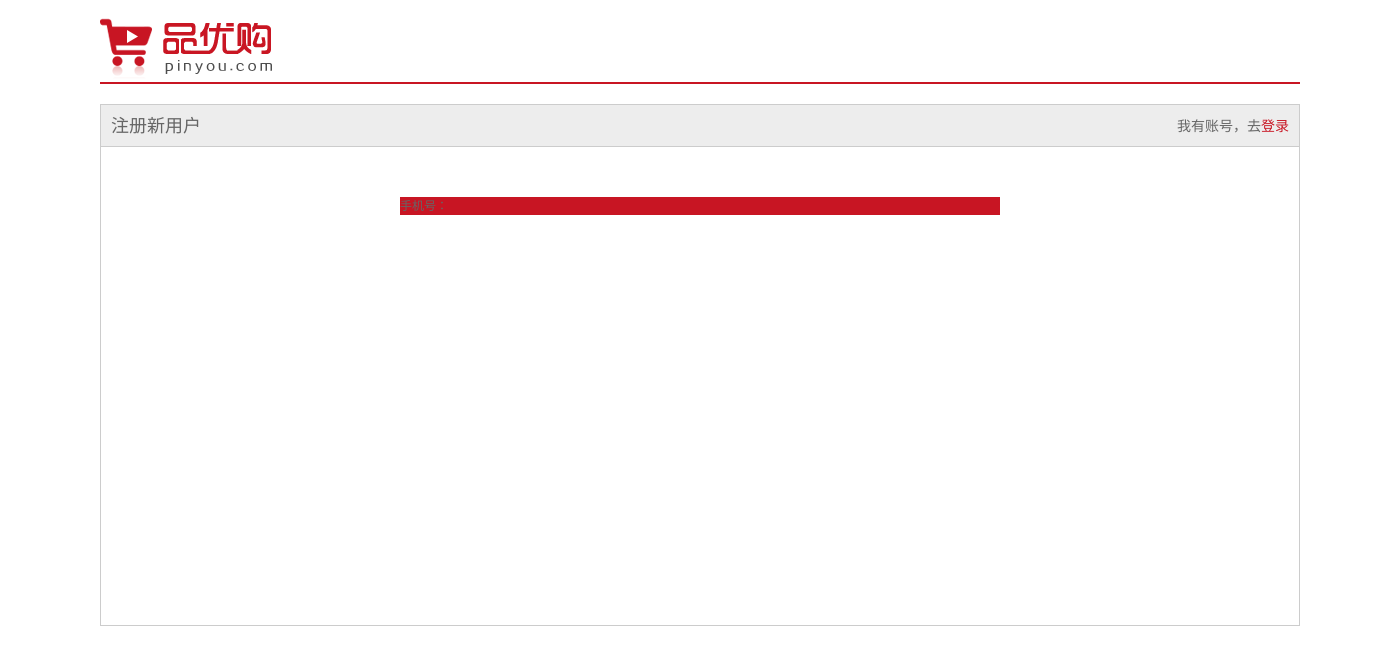
Repository: ywq0312/PinYouGou
Page: register.html
The author's editor kept a copy of each file at every save. The page is drawn from the files as they stood at one save, then again after the next save.
The browser window is 1280 px wide. The page is 1400 px wide, so the pictures cover 1400 px, including what lies to the right of the window. The pictures show the whole page.

Above is the page before, as saved 2021-06-28 13:35:40.

### register.html
<!DOCTYPE html>
<html lang="en">
<head>
    <meta charset="UTF-8">
    <meta http-equiv="X-UA-Compatible" content="IE=edge">
    <meta name="viewport" content="width=device-width, initial-scale=1.0">
    <title>个人注册</title>
    <!-- 引入网站favicon图标 -->
    <link rel="shortcut icon" href="pin.ico" />
    <!-- 引入初始化样式文件 -->
    <link rel="stylesheet" href="./css/base.css">
    <!-- 引入注册页面的css样式 -->
    <link rel="stylesheet" href="./css/register.css">
</head>
<body>
    <div class="w">
        <header>
            <div class="logo">
                <a href="index.html"><img src="./images/logo.png" alt=""></a>
            </div>
        </header>
        <div class="registerarea">
            <h3>注册新用户
                <div class="login">我有账号，去<a href="#">登录</a></div>
            </h3>
            <div class="reg-form">
                <ul>
                    <li><label for="">手机号：</label></li>
                </ul>
            </div>
        </div>
        <footer>

        </footer>
    </div>
</body>
</html>

### css/base.css
/* 把我们所有标签的内外边距清零 */
* {
    margin: 0;
    padding: 0;
    /* css3盒子模型 */
    box-sizing: border-box;
}
/* em 和 i 斜体的文字不倾斜 */
em,
i {
    font-style: normal;
}
/* 去掉li 的小圆点 */
li {
    list-style: none;
}

img {
    /* border 0 照顾低版本浏览器 如果 图片外面包含了链接会有边框的问题 */
    border: 0;
    /* 取消图片底侧有空白缝隙的问题 */
    vertical-align: middle;
}

button {
    /* 当我们鼠标经过button 按钮的时候，鼠标变成小手 */
    cursor: pointer;
}

a {
    color: #666;
    text-decoration: none;
}

a:hover {
    color: #c81623;
}

button,
input {
    /* "\5B8B\4F53" 就是宋体的意思 这样浏览器兼容性比较好 */
    font-family: Microsoft YaHei, Heiti SC, tahoma, arial, Hiragino Sans GB, "\5B8B\4F53", sans-serif;
    /* 默认有灰色边框 需要我们手动去掉 */
    border: 0;
    /* 去掉点击后的蓝色边框 */
    outline: none;
}

body {
    /* CSS3 抗锯齿形 让文字显示的更加清晰 */
    -webkit-font-smoothing: antialiased;
    background-color: #fff;
    font: 12px/1.5 Microsoft YaHei, Heiti SC, tahoma, arial, Hiragino Sans GB, "\5B8B\4F53", sans-serif;
    color: #666;
    min-width: 1400px;
}

.hide,
.none {
    display: none;
}
/* 清除浮动 */
.clearfix:after {
    visibility: hidden;
    clear: both;
    display: block;
    content: ".";
    height: 0;
}

.clearfix {
    *zoom: 1;
}

### css/register.css
/* 注册页面样式 */
.w{
    width: 1200px;
    margin: 0 auto;
}
header{
    height: 84px;
    border-bottom: 2px solid #c81523;
}
header .logo{
    /* 用margin-top会有外边距塌陷问题（因为外面一个大盒子，里面又放了一个小盒子），可以用padding */
    padding-top: 18px;
}
.registerarea{
    height: 522px;
    border: 1px solid #ccc;
    margin-top: 20px;
}
.registerarea h3{
    height: 42px;
    border-bottom: 1px solid #ccc;
    background-color: #ededed;
    line-height: 42px;
    padding: 0 10px;
    font-size: 18px;
    font-weight: 400;
}
.login{
    float: right;
    font-size: 14px;
}
.login a {
    color: #c81523;
}
.reg-form{
    width: 600px;
    background-color: #c81523;
    margin: 50px auto 0;
}

After the next save:
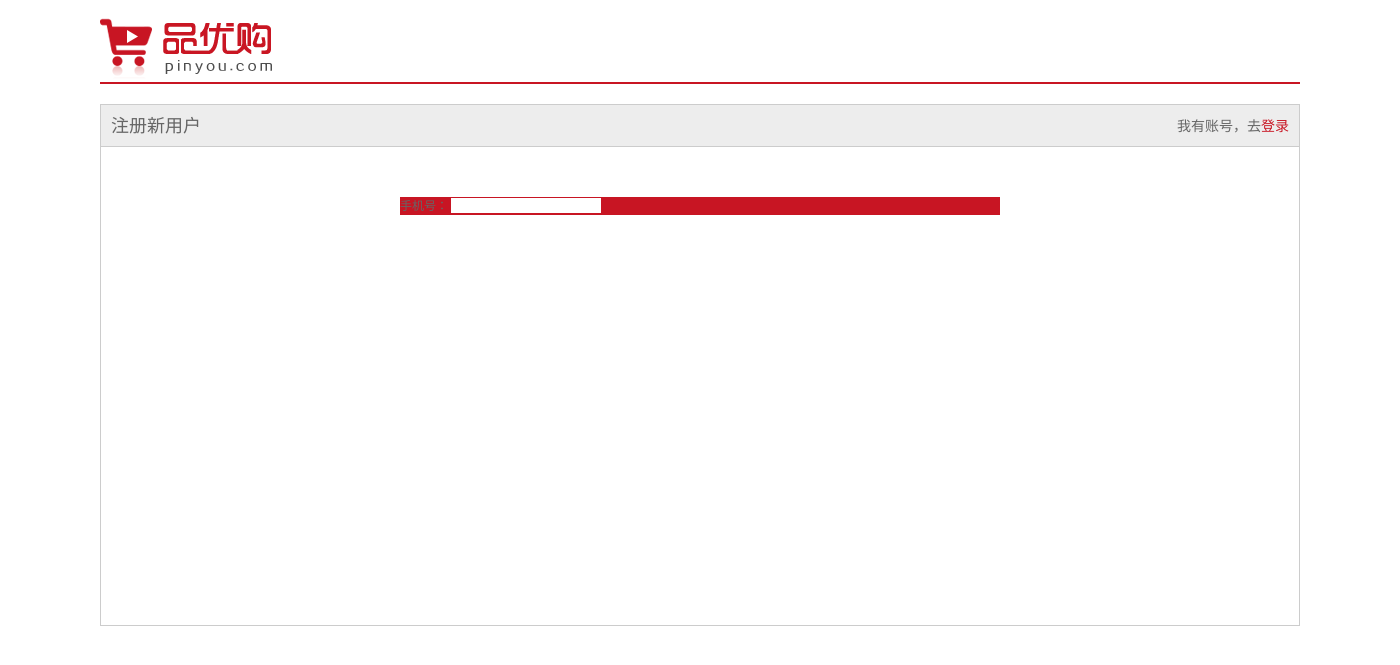
Saved 6 s later.
--- a/register.html
+++ b/register.html
@@ -25,7 +25,7 @@
             </h3>
             <div class="reg-form">
                 <ul>
-                    <li><label for="">手机号：</label></li>
+                    <li><label for="">手机号：</label> <input type="text" name="" id=""></li>
                 </ul>
             </div>
         </div>
